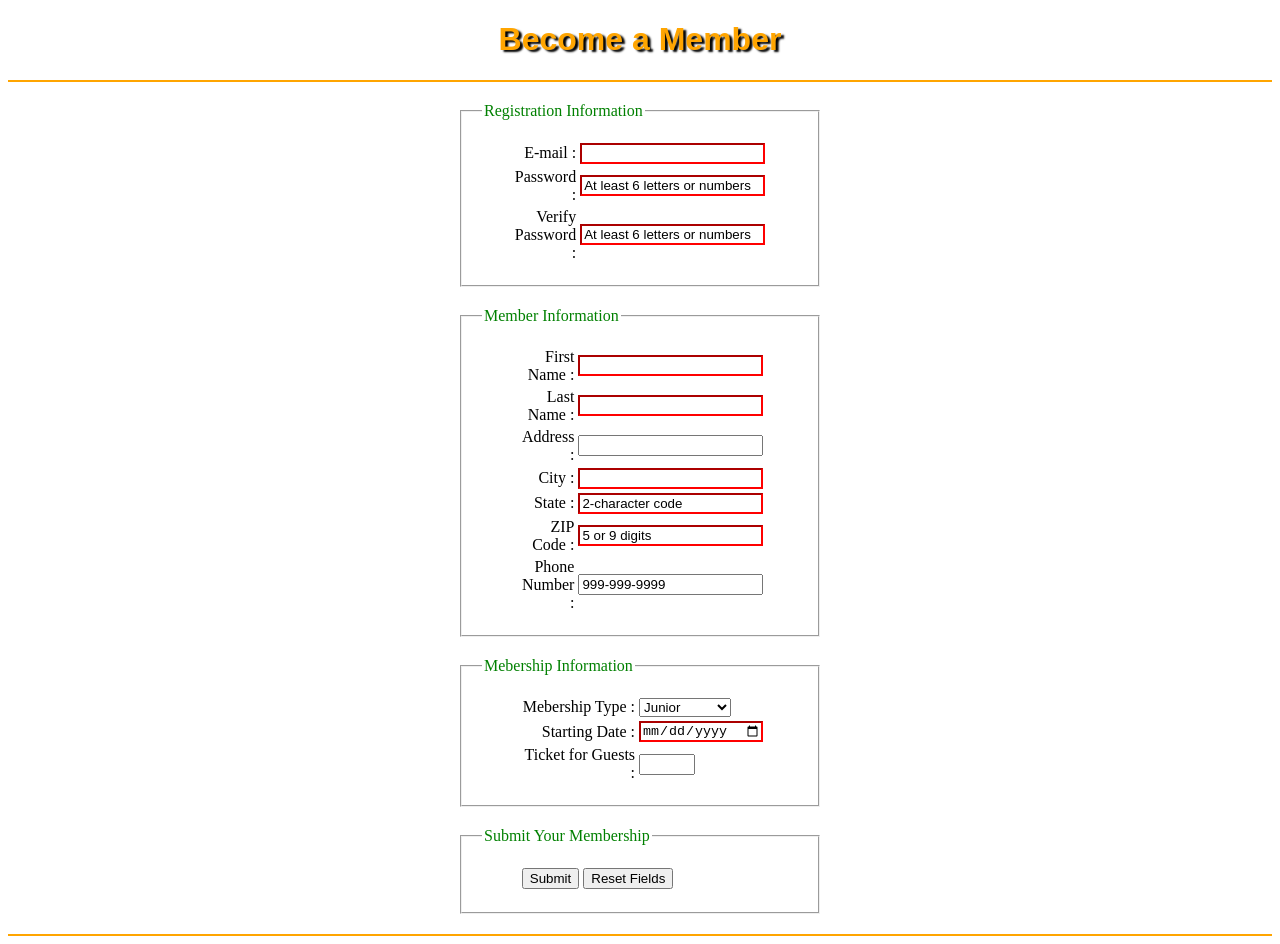
Repository: kjungyoun/Web_Study_2021
Page: 05_seoul08_homework/0302/0302.html
The author's editor kept a copy of each file at every save. The page is drawn from the files as they stood at one save, then again after the next save.
The browser window is 1280 px wide. The pictures show the whole page.
Some web fonts or font styles are not loaded; a fallback is used.

Above is the page before, as saved 2021-03-02 12:49:30.

### 05_seoul08_homework/0302/0302.html
<!DOCTYPE html>
<html>
<head>
<meta charset="UTF-8">
<title>Become a Member</title>
<style type="text/css">
	fieldset {
	color: green;
	width:25%;
	padding:20px;
	margin: 20px auto;
	}
	table {
	color : black;
	margin: auto;
	width: 80%;
	}
	h1 {
	font-family: "Arial Black", sans-serif;
	color:orange;
	text-shadow: 3px 2px 2px black;
	}
</style>
</head>
<body>
<header>
	<h1 align="center">
		Become a Member
	</h1>
	<hr color="orange" size="2px">
</header>
<form action="index.html">
	<fieldset>
		<legend>Registration Information</legend>
		<table>
			<tbody>
				<tr>
					<td align="right">
						<label for="userid">E-mail : </label>
					</td>
					<td align="left">
						<input type="email" id="email" name="email" style="border-color: red">
					</td>
				</tr>
				<tr>
					<td align="right">
					<label for="password">Password : </label>
					</td>
					<td align="left">
						<input type="text" id="psw" name="psw" value="At least 6 letters or numbers" style="border-color:red">
					</td>
				</tr>
				<tr>
					<td align="right">
						<label for="vpassword">Verify Password : </label>
					</td>
					<td align="left">
						<input type="text" id="vpwd" name="vpwd" value="At least 6 letters or numbers" style="border-color:red;">
					</td>
				</tr>
			</tbody>
		</table>
	</fieldset>
	<fieldset>
		<legend>Member Information</legend>
		<table >
			<tbody>
				<tr>
					<td align="right">
						<label for="fname">First Name : </label>
					</td>
					<td align="left">
						<input type="text" id="fname" name="fname" style="border-color:red">
					</td>
				</tr>
				<tr>
					<td align="right">
					<label for="lname">Last Name : </label>
					</td>
					<td align="left">
						<input type="text" id="lname" name="lname" style="border-color:red">
					</td>
				</tr>
				<tr>
					<td align="right">
						<label for="address">Address : </label>
					</td>
					<td align="left">
						<input type="text" id="addr" name="addr">
					</td>
				</tr>
				<tr>
					<td align="right">
						<label for="city">City : </label>
					</td>
					<td align="left">
						<input type="text" id="city" name="city" style="border-color:red">
					</td>
				</tr>
				<tr>
					<td align="right">
						<label for="state">State : </label>
					</td>
					<td align="left">
						<input type="text" id="state" name="state" value="2-character code" style="border-color:red">
					</td>
				</tr>
				<tr>
					<td align="right">
						<label for="zip">ZIP Code : </label>
					</td>
					<td align="left">
						<input type="text" id="addr" name="addr" value="5 or 9 digits" style="border-color:red">
					</td>
				</tr>
				<tr>
					<td align="right">
						<label for="phone">Phone Number : </label>
					</td>
					<td align="left">
						<input type="tel" id="phone" name="phone" value="999-999-9999">
					</td>
				</tr>
			</tbody>
		</table>
	</fieldset>
	<fieldset>
		<legend>Mebership Information</legend>
		<table>
			<tr>
				<td align="right">
					<label for="type">Mebership Type : </label>
				</td>
				<td align="left">
					<select name="type" >
						<optgroup label="membership" >
							<option>Junior</option>
							<option>Senior</option>
							<option>Semi Pro</option>
							<option>Pro</option>
							<option>VIP</option>
						</optgroup>
					</select>
				</td>
			</tr>
			<tr>
				<td align="right">
					<label for="date">Starting Date : </label>
				</td>
				<td align="left">
					<input type="date" name="date" style="border-color:red">
				</td>
			</tr>
			<tr>
				<td align="right">
					<label for="guest">Ticket for Guests : </label>
				</td>
				<td align="left">
					<input type="number" min="0" max="30" name="guest">
				</td>
			</tr>
		</table>
	</fieldset>
	<fieldset>
		<legend>Submit Your Membership</legend>
		<table>
			<tr>
				<td></td>
				<td>
					<button type="submit">Submit</button>
					<button type="reset">Reset Fields</button>
				</td>
			</tr>
		</table>
	</fieldset>
</form>
<hr color="orange" size="2px">
</body>
</html>

After the next save:
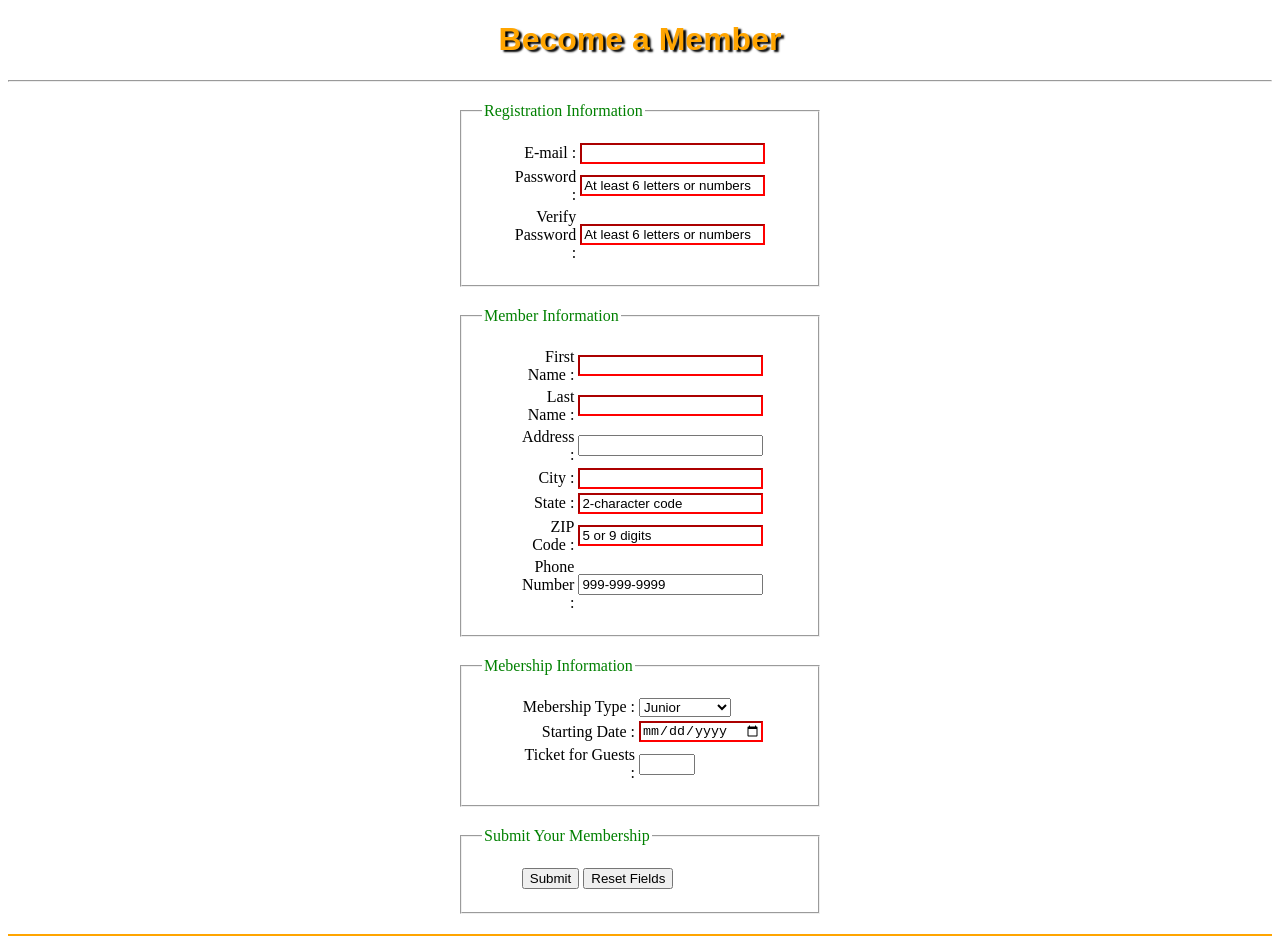
Saved 23 s later.
--- a/05_seoul08_homework/0302/0302.html
+++ b/05_seoul08_homework/0302/0302.html
@@ -27,7 +27,7 @@
 	<h1 align="center">
 		Become a Member
 	</h1>
-	<hr color="orange" size="2px">
+	<hr>
 </header>
 <form action="index.html">
 	<fieldset>
